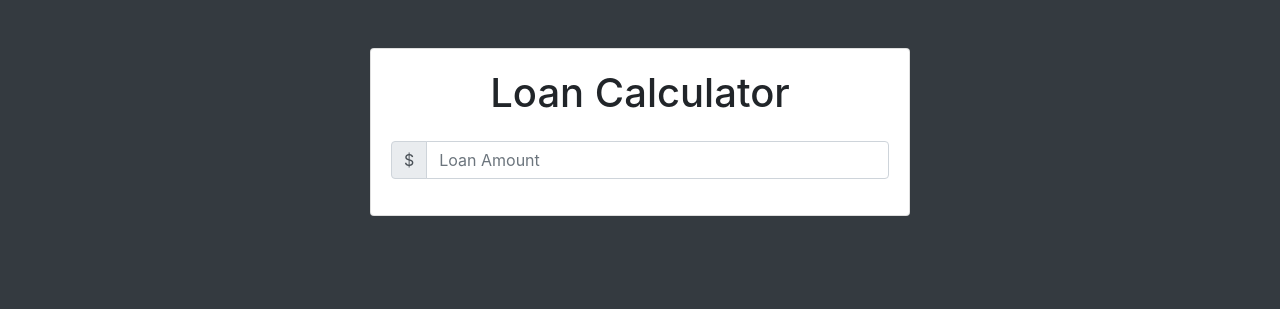
Repository: varun-project/LearningJs
Page: index.html
These files come from the project's save history. The page is drawn as it stood at one moment and after the next save; the edit follows.
The browser window is 1280 px wide. The pictures show the whole page.

Above is the page before, as saved 2019-07-28 17:01:27.

After the next save:
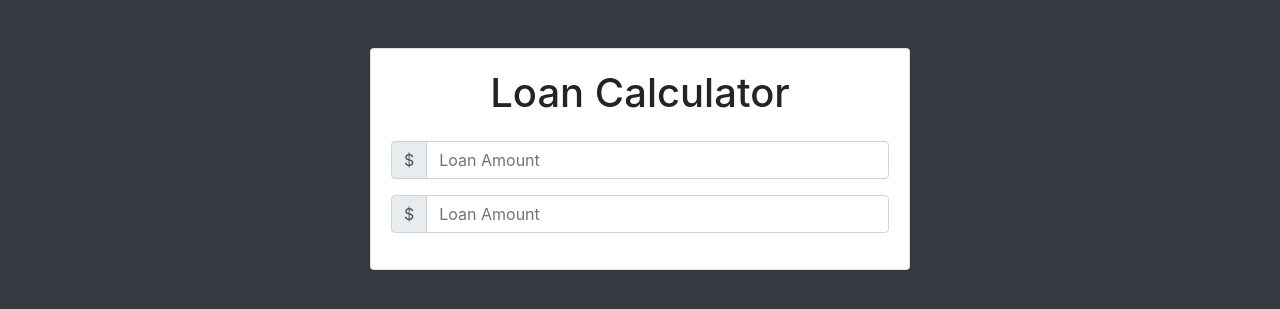
Saved 10 s later.
--- a/index.html
+++ b/index.html
@@ -38,6 +38,19 @@
                   />
                 </div>
               </div>
+              <div class="form-group">
+                  <div class="input-group">
+                    <div class="input-group-prepend">
+                      <div class="input-group-text">$</div>
+                    </div>
+                    <input
+                      type="number"
+                      class="form-control"
+                      id="amount"
+                      placeholder="Loan Amount"
+                    />
+                  </div>
+                </div>
 
 
             </form>
